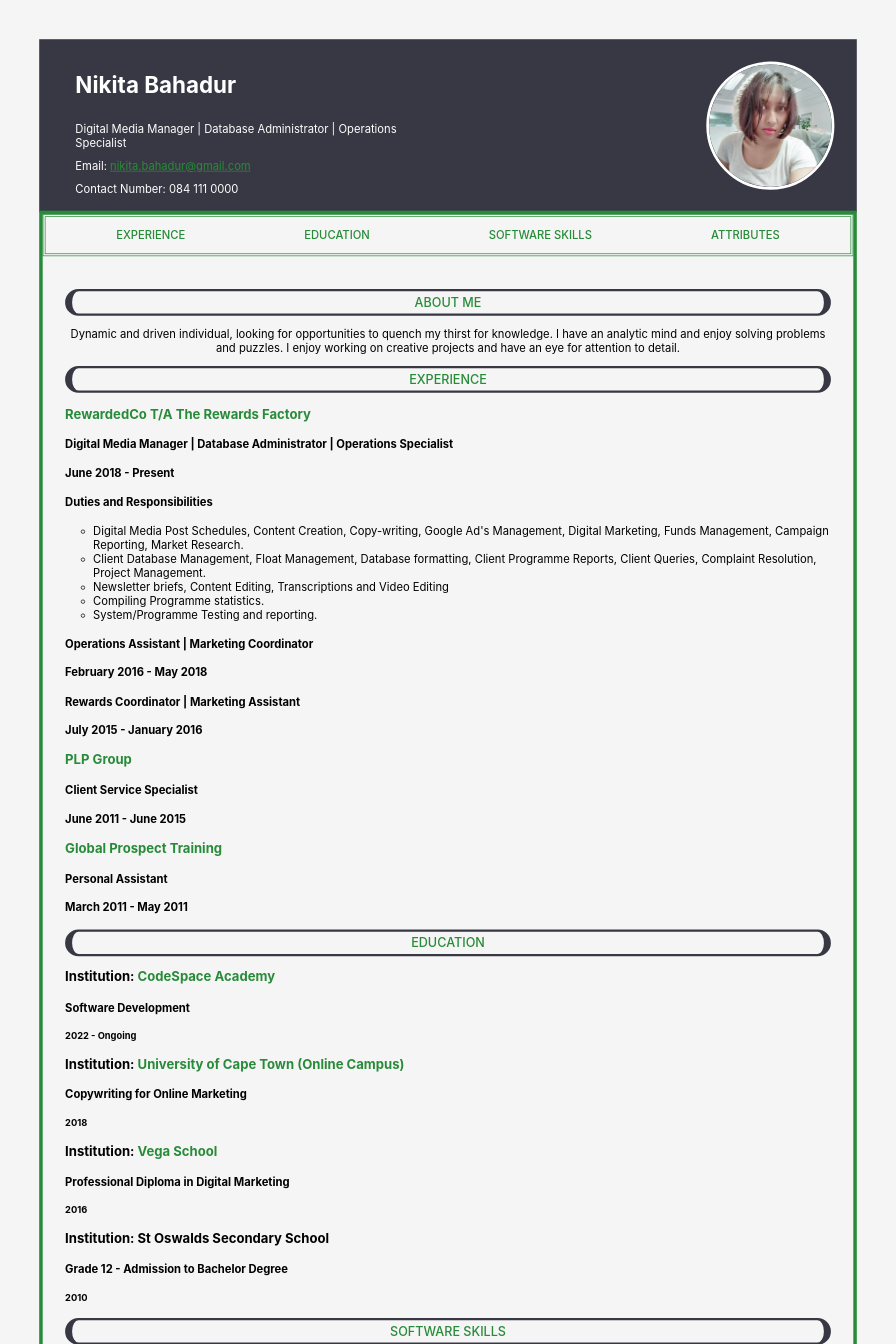
Repository: acidpixie/Resume-Example
Page: index.html
An editor plug-in stored every save of this project. The page is shown before and after the next save, followed by the edit.
The browser window is 1280 px wide. The pictures show the part of the page from y = 0 to 1920 px (the page is 2664 px tall before and 2800 px after), at 70% of full size.

Above is the page before, as saved 2022-02-17 17:50:14.

After the next save:
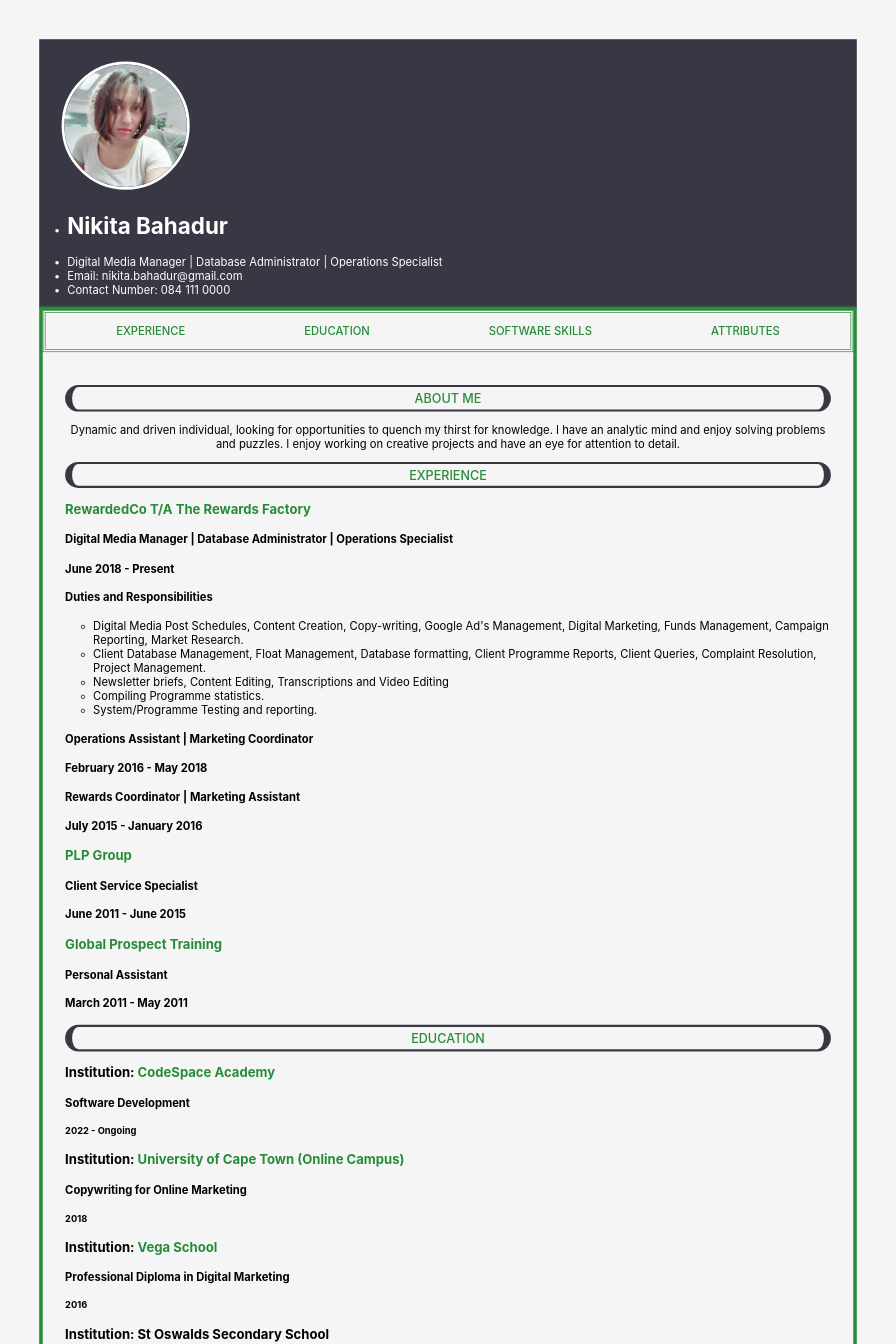
Saved 14 days later.
--- a/index.html
+++ b/index.html
@@ -9,13 +9,13 @@
 </head>
 
 <header>
-    <div class="box">
+    <div class="Box">
     <img src="/images/displaypicture.jpg" alt="profile photo" id="profilepicture">
 
-    <ul class="infolist">
+    <ul class="InfoList">
     <li><h1>Nikita Bahadur</h1></li>
     <li>Digital Media Manager | Database Administrator | Operations Specialist</li>
-    <li>Email: <a href = "mailto:nikita.bahadur@gmail.com">nikita.bahadur@gmail.com</a></li>
+    <li>Email: nikita.bahadur@gmail.com</li>
     <li>Contact Number: 084 111 0000</li>
     </ul>
     </div>
